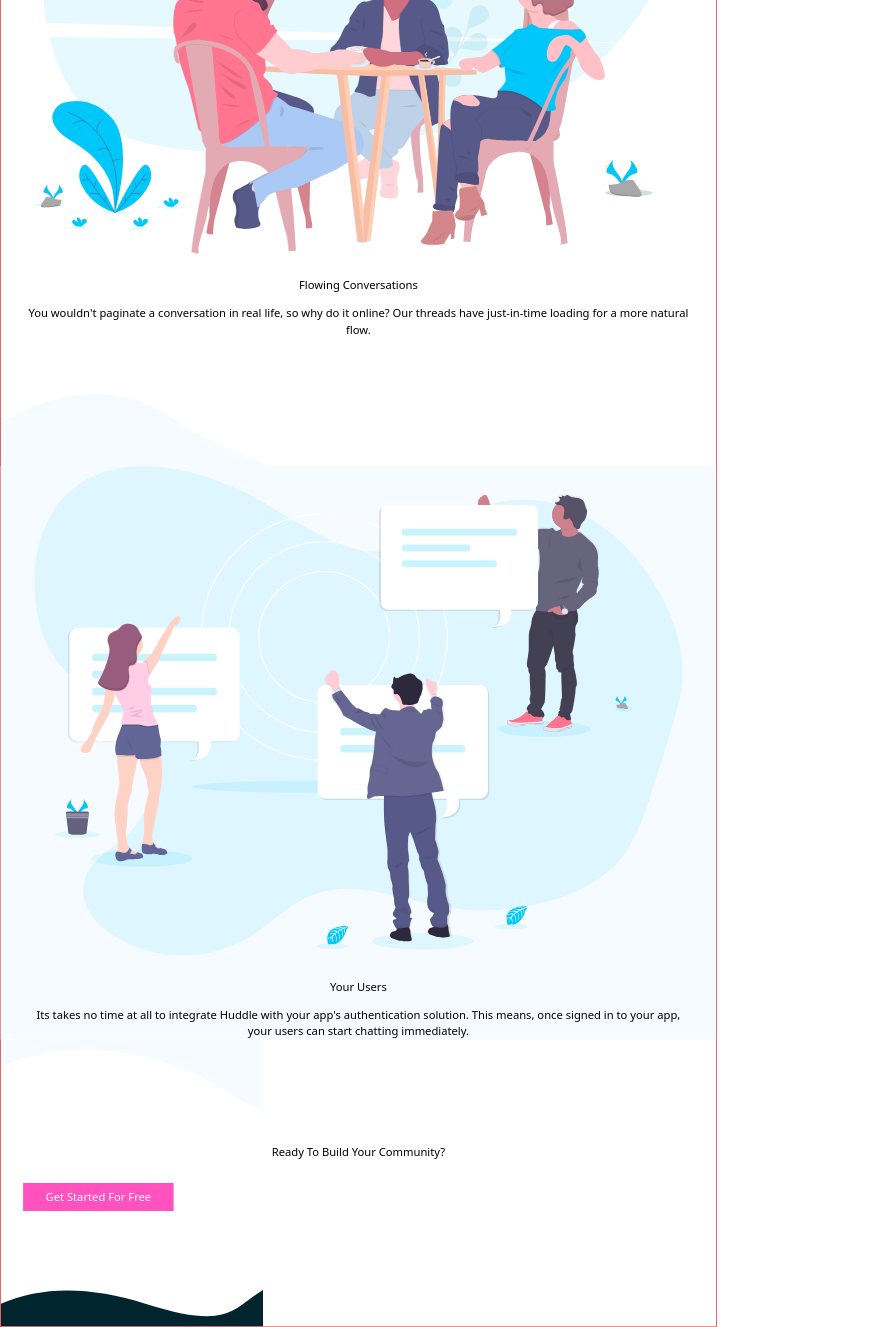
Repository: nivrii/huddle-landing-page-with-curved-sections-master
Page: /
The author's editor kept a copy of each file at every save. The page is drawn from the files as they stood at one save, then again after the next save.
The browser window is 1280 px wide. The pictures show the part of the page from y = 2730 to 4650 px (the page is 4626 px tall before and 4650 px after), at 70% of full size.
The project was rebuilt for these pictures with package versions that can differ from the ones it lists, and the page was loaded fresh each time. Also part of the build but not shown: vite.config.js.

Above is the page before, as saved 2024-04-03 19:14:05.

### src/App.jsx
import "./App.css";
import message from "./assets/images/icon-messages.svg";

import screenMockup from "./assets/images/screen-mockups.svg";
import communities from "./assets/images/icon-communities.svg";
import grow from "./assets/images/illustration-grow-together.svg";
import users from "./assets/images/illustration-your-users.svg";
import conversation from "./assets/images/illustration-flowing-conversation.svg";

import sectionTop1M from "./assets/images/bg-section-top-mobile-1.svg";
import sectionTop2M from "./assets/images/bg-section-top-mobile-2.svg";
import sectionBottom1M from "./assets/images/bg-section-bottom-mobile-1.svg";
import sectionBottom2M from "./assets/images/bg-section-bottom-mobile-2.svg";
import footerTopM from './assets/images/bg-footer-top-mobile.svg'

function App() {
  return (
    <div className="container box-border m-0 bg-white w-screen min-h-screen border border-red-600">
      <section>
        <div className="flex flex-row w-full">
          <div className="flex flex-row align-middle  w-3/5">
            <img src={message} className="my-auto w-8 h-8" />
            <h1 className="text-3xl font-Poppins text-Very-dark-cyan font-bold my-auto">
              Huddle
            </h1>
          </div>
          <div className="flex align-middle justify-end w-2/5">
            <input
              className="border-2 border-Light-pink text-Light-pink font-Poppins rounded-3xl px-6 py-2"
              type="button"
              value="Try It Free"
            />
          </div>
        </div>
      </section>

      <section>
        <div className="w-full overflow-hidden border border-red-600">
          <h1>Build The Community Your Fans Will Love</h1>
          <p className="text-wrap">
            Huddle re-imagines the way we build communities. You have a voice,
            so does your audience. Create connections with your users as you
            engage in genuine discussion
          </p>
          <input
            type="submit"
            name="start"
            className="outline-none text-white bg-Pink"
          />
        </div>
      </section>

      <section className="mt-4 m">
        <div className="mx-auto">
          <img src={screenMockup} className="object-contain" />
        </div>
      </section>

      <section className="flex flex-col justify-center">
        <div className="mx-auto w-1/2 border border-green-500 ">
          <img src={communities} alt="communities" />
          <h1 className="w-full font-bold text-6xl">1.4k+</h1>
          <p>Communities Formed</p>
        </div>
        <div className="mx-auto w-1/2 border border-green-500">
          <img src={message} alt="message" />
          <h1 className="w-full font-bold text-6xl">2.7m+</h1>
          <p>Messages Sent</p>
        </div>
      </section>

      <img src={sectionTop1M} alt="top-top" />

      <section className="flex flex-col space-y-8 bg-sectionBG px-8 py-12">
        <img src={grow} alt="" className="mb-12" />
        <div className="flex flex-col space-y-4 text-center">
          <h1>Grow Together</h1>
          <p>
            Generate meaningful discussions with your audience and build a
            strong, loyal community. Think of the insightful conversations you
            miss out on with a feedback form.
          </p>
        </div>
      </section>

      <img src={sectionBottom1M} alt="top-bottom" />

      <section className="flex flex-col space-y-8 my-20 px-8">
        <img src={conversation} alt="conversations" className="px-4" />
        <div className="flex flex-col space-y-4 text-center">
          <h1>Flowing Conversations</h1>
          <p>
            You wouldn&apos;t paginate a conversation in real life, so why do it
            online? Our threads have just-in-time loading for a more natural
            flow.
          </p>
        </div>
      </section>

      <img src={sectionTop2M} alt="bottom-top" />

      <section className="bg-sectionBG">
        <div className="flex flex-col space-y-8  px-8">
          <img src={users} alt="conversations" className="px-4" />
          <div className="flex flex-col space-y-4 text-center">
            <h1>Your Users</h1>
            <p>
              Its takes no time at all to integrate Huddle with your app&apos;s
              authentication solution. This means, once signed in to your app,
              your users can start chatting immediately.
            </p>
          </div>
        </div>
      </section>
      <img src={sectionBottom2M} alt="bottom-bottom" />
      <section className="flex flex-col space-y-8 mt-12 px-8 mb-28">
        <h1 className="text-center">Ready To Build Your Community?</h1>
        <input
          type="button"
          value="Get Started For Free"
          className="outline-none bg-Pink text-white w-fit py-2 px-8"
        />
      </section>

      <img src={footerTopM} alt="" />
      <footer>

      </footer>
    </div>
  );
}

export default App;

### src/App.css
@import "tailwindcss/base";
@import "tailwindcss/components";
@import "tailwindcss/utilities";
@import url('https://fonts.google.com/specimen/Poppins');
@import url('https://fonts.google.com/specimen/Open+Sans');

### tailwind.config.js
/** @type {import('tailwindcss').Config} */

/*! tailwindcss v2.2.7 | MIT License | https://tailwindcss.com */
export default {
  content: [
    "./index.html",
    "./src/**/*.{js,ts,jsx,tsx}",
  ],
  theme: {
    extend: {
      screens: {
        'xs': '375px',
        'sm': '640px',
        'md': '768px',
        'lg': '1024px',
        'xl': '1440px',

      },
      colors: {
        'Pink': 'hsl(322, 100%, 66%)',
        'Light-pink': 'hsl(321, 100%, 78%)',
        'Light-red': 'hsl(0, 100%, 63%)',
        'Very-dark-cyan': 'hsl(192, 100%, 9%)',
        'Very-dark-blue': 'hsl(207, 100%, 98%)',
        'sectionBG': '#F6FBFF',
        'bgFooter': '#00252E',
      },
      fontFamily: {
        'Poppins': ['Poppins', 'sans-serif'],
        'Open-sans': ['Open Sans', 'serif'],
      },
    },
  },
  plugins: [],
}

Loaded but not shown: index.html (common file); src/main.jsx (common file)

After the next save:
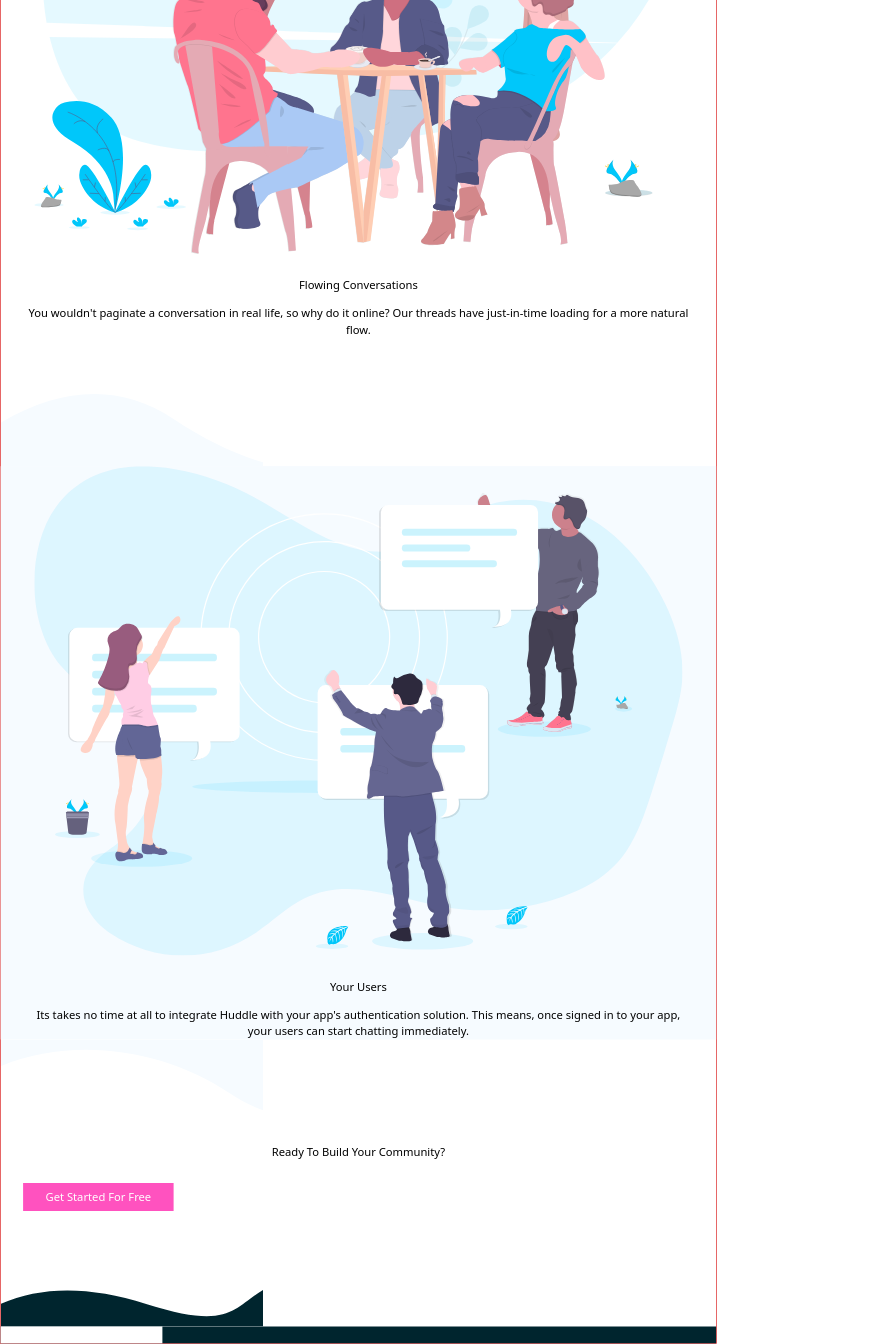
Saved 97 s later.
--- a/src/App.jsx
+++ b/src/App.jsx
@@ -123,8 +123,16 @@
       </section>
 
       <img src={footerTopM} alt="" />
-      <footer>
 
+      <footer className="bg-bgFooter">
+        <div>
+          <h1></h1>
+          <p></p>
+        </div>
+        <div>
+          <input type="text" />
+          <input type="button" />
+        </div>
       </footer>
     </div>
   );
